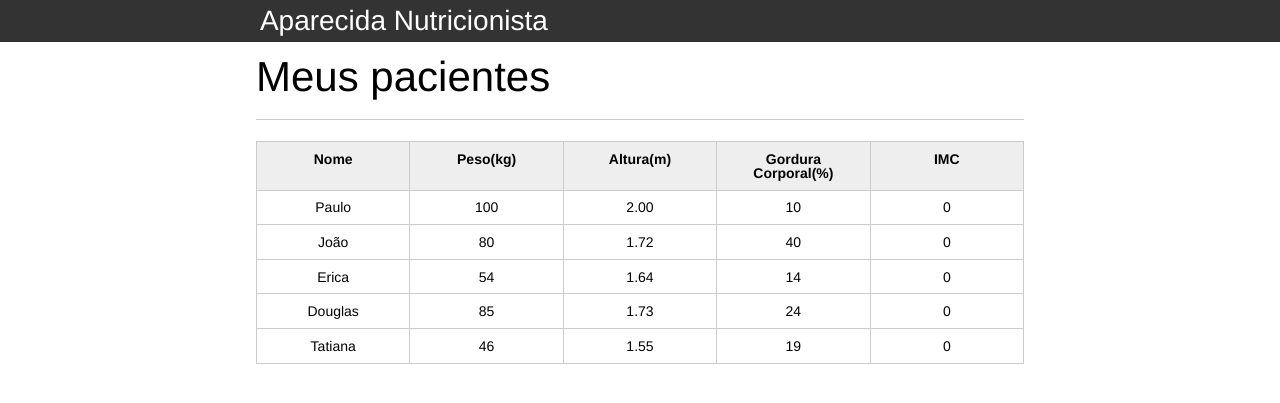
Repository: prof-fernando-alves/introducao-javascript
Page: index.html
The author's editor kept a copy of each file at every save. The page is drawn from the files as they stood at one save, then again after a run of saves.
The browser window is 1280 px wide. The pictures show the whole page.

Above is the page before, as saved 2021-09-14 14:18:09.
Console error: ReferenceError: paciente is not defined

### index.html
<!DOCTYPE html>
<html lang="pt-br">
	<head>
		<meta charset="UTF-8">
		<title>Aparecida Nutrição</title>
		<link rel="icon" href="favicon.ico" type="image/x-icon">
		<link rel="stylesheet" type="text/css" href="css/reset.css">
		<link rel="stylesheet" type="text/css" href="css/index.css">

	</head>
	<body>

		<header>
			<div class="container">
				<h2 class="titulo">Aparecida Nutrição</h2>
			</div>
		</header>
		<main>
			<section class="container">
				<h2>Meus pacientes</h2>
				<table>
					<thead>
						<tr>
							<th>Nome</th>
							<th>Peso(kg)</th>
							<th>Altura(m)</th>
							<th>Gordura Corporal(%)</th>
							<th>IMC</th>
						</tr>
					</thead>
					<tbody id="tabela-pacientes">
						<tr class="paciente" id="primeiro-paciente">
							<td class="info-nome">Paulo</td>
							<td class="info-peso">100</td>
							<td class="info-altura">2.00</td>
							<td class="info-gordura">10</td>
							<td class="info-imc">0</td>
						</tr>

						<tr class="paciente" >
							<td class="info-nome">João</td>
							<td class="info-peso">80</td>
							<td class="info-altura">1.72</td>
							<td class="info-gordura">40</td>
							<td class="info-imc">0</td>
						</tr>

						<tr class="paciente" >
							<td class="info-nome">Erica</td>
							<td class="info-peso">54</td>
							<td class="info-altura">1.64</td>
							<td class="info-gordura">14</td>
							<td class="info-imc">0</td>
						</tr>

						<tr class="paciente">
							<td class="info-nome">Douglas</td>
							<td class="info-peso">85</td>
							<td class="info-altura">1.73</td>
							<td class="info-gordura">24</td>
							<td class="info-imc">0</td>
						</tr>
						<tr class="paciente" >
							<td class="info-nome">Tatiana</td>
							<td class="info-peso">46</td>
							<td class="info-altura">1.55</td>
							<td class="info-gordura">19</td>
							<td class="info-imc">0</td>
						</tr>
					</tbody>
				</table>

			</section>
		</main>

		<script src="js/principal.js" ></script>

	</body>
</html>

### css/index.css
*{
	box-sizing: border-box;
 }

body{
	font-family: "Helvetica Neue", "Helvetica", Helvetica, Arial, sans-serif;
	font-size: 14px;
}

header{
	background-color: #333;
	height: 3em;
	color: #FFF;
	margin-bottom: 1em;
}

header h1{
	font-size: 2em;
	display:inline-block;
	vertical-align:	middle;
}
header h2{
	font-size: 2em;
	display:inline-block;
	vertical-align:	middle;
}

header .container:before{
	content: '';
	display:inline-block;
	height: 100%;
	vertical-align:	middle;
}

.container{
	width: 60%;
	height: 100%;
	margin: 0 auto;
}

section{
	margin: 2em 0;
	overflow: hidden;
}

section h2{
	font-size: 3em;
	display: block;
	padding-bottom: .5em;
	border-bottom: 1px solid #ccc;
	margin-bottom: .5em;
}

table{
	width: 100%;
	margin-bottom : .5em;
    table-layout: fixed;

}

td, th {
	padding: .7em;
	margin: 0;
	border: 1px solid #ccc;
	text-align: center;
}

th{
	font-weight: bold;
	background-color: #EEE;
}

label{
	color: #555;
	display: block;
	margin-bottom: .2em;
}

.campo{
	margin: 0;
	padding-bottom: 1em;
	width: 100%;
	border: 1px solid #ccc;
	padding: .7em;
	width: 100%;
}

.campo-medio{
	display: inline-block;
	padding-right: .5em;
}

.grupo{
	width: 32%;
	display: inline-block;
	padding: 10px 0px;
}

button{
	padding: .5em 2em;
	border: 0;
	border-bottom: 3px solid;
	font-size: 1.2em;
	cursor: pointer;
	margin: 0;
	margin-top: -3px;
	color: #fff;
	background-color:#0c8cd3;
	border-color: #04324c;
	width: 20%;
    display: block;
    clear: both;
    margin: 10px 0px;

}

button:active{
	margin-top:0px;
	border: 0;
}

button[disabled=disabled], button:disabled {
    background-color: gray;
	border-color: darkgray;

}

.adicionar-paciente{
    margin-top: 30px;
}

.campo-invalido{
	border: 1px solid red;
}

### js/principal.js
var titulo = document.querySelector(".titulo");
titulo.textContent = "Aparecida Nutricionista";

var pacientes = document.querySelectorAll(".paciente");
console.log(pacientes)

var tdPeso = paciente.querySelector(".info-peso");
var peso = tdPeso.textContent;

var tdAltura = paciente.querySelector(".info-altura");
var altura = tdAltura.textContent;

var tdImc = paciente.querySelector(".info-imc");

var pesoEhValido = true;
var alturaEhValida = true;

if (peso <= 0 || peso >= 1000) {
    console.log("Peso inválido!");
    pesoEhValido = false;
    tdImc.textContent = "Peso inválido";
}

if (altura <= 0 || altura >= 3.00) {
    console.log("Altura inválida!");
    alturaEhValida = false;
    tdImc.textContent = "Altura inválida";
}

if (pesoEhValido && alturaEhValida) {
    var imc = peso / (altura * altura);
    tdImc.textContent = imc;
}

Loaded but not shown: css/reset.css (common file)

After the next 6 saves:
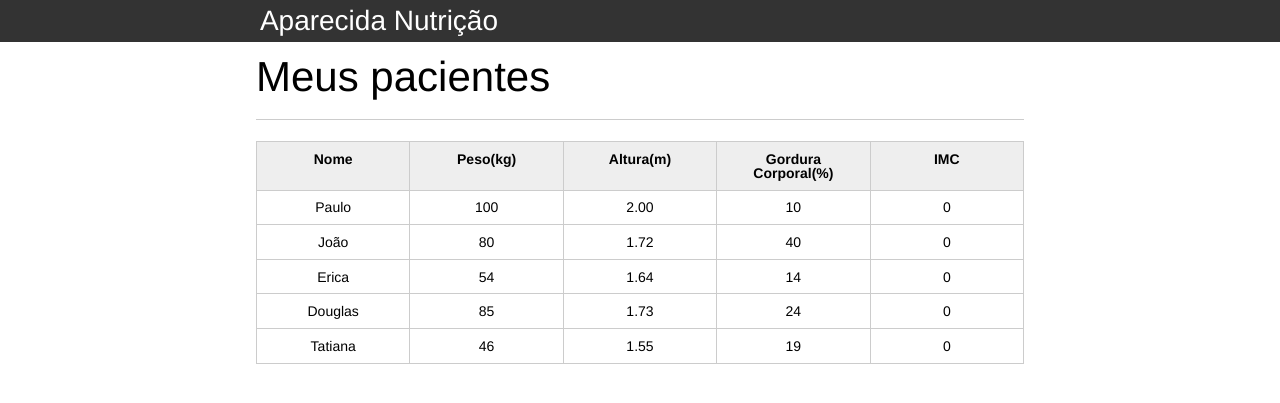
Console error: SyntaxError: Unexpected token ')'
The 6 saves are shown as one change because they came seconds apart.
The last was saved 2 min 38 s later.
--- a/js/principal.js
+++ b/js/principal.js
@@ -3,6 +3,8 @@ titulo.textContent = "Aparecida Nutricionista";
 
 var pacientes = document.querySelectorAll(".paciente");
 console.log(pacientes)
+
+for (var i=)
 
 var tdPeso = paciente.querySelector(".info-peso");
 var peso = tdPeso.textContent;
